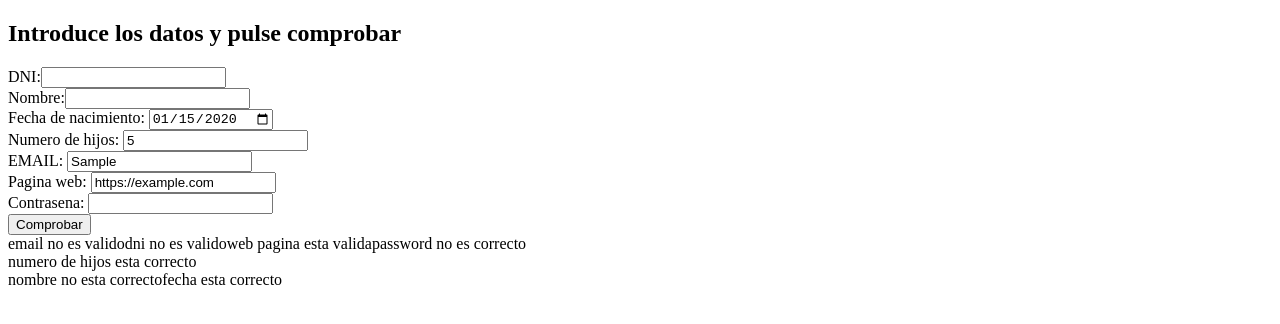
Repository: KoTvTrysaX01/2DAW-Desarrollo-WEB-en-Entorno-Cliente
Page: JAVASCRIPT/UD2/practica5/Actividad1/index.html
An editor plug-in stored every save of this project. The page is shown before and after a run of saves, followed by the edit.
The browser window is 1280 px wide. The pictures show the whole page.
Empty fields were first filled with sample values (such as "Sample", 5 or name@example.com).
After loading, the first visible `#registartionForm` was submitted once.

Above is the page before, as saved 2025-11-01 16:53:57.

### JAVASCRIPT/UD2/practica5/Actividad1/index.html
<!DOCTYPE html>
<html>
  <body>
    <h2>Introduce los datos y pulse comprobar</h2>
    <form id = "registartionForm" name="form1" method="post" action="" target=" _blank">
        DNI:<input id="dni" type="text" name="dni" ><br>
        Nombre:<input id="nombre" type="text" name="nombre" ><br>
        Fecha de nacimiento: <input id="fecha" type="date" name="fecha" ><br>
        Numero de hijos: <input type="number" name="hijos" id = "hijos" min = "0"><br>
        EMAIL: <input id = "email" type="text" name="email" ><br>
        Pagina web: <input type="url" name="web" id = "pagina" placeholder="http://www.ejemplo.com" required><br>
        Contrasena: <input type="text" name="contrasena" id = "password" ><br>
        <input type="submit" value = "Comprobar">
    </form>


    <div id="errorMessages"></div>
    <script src="script.js"></script>
  </body>
</html>

### JAVASCRIPT/UD2/practica5/Actividad1/script.js
let form = document.getElementById("registartionForm");
let emailInput = document.getElementById("email");
let error = document.getElementById("errorMessages");
let dni = document.getElementById("dni")
let passw = document.getElementById("password")
let web = document.getElementById("pagina")
let hijos = document.getElementById("hijos")
let nombreInput = document.getElementById("nombre")
let fecha = document.getElementById("fecha")
form.addEventListener("submit", (e) => {
  e.preventDefault();
  const emailForm = emailInput.value.trim();
  const password = passw.value.trim()
  function validEmail(emailForm) {
    return /^[a-z]*[@]{1}[a-z]*[\.]{1}[a-z]{2,3}$/g.test(emailForm);

  }
    function esValido(emailForm) {
      if (validEmail(emailForm)) {
        error.innerHTML = "email  e valido";
      } else {
        error.innerHTML = "email no es valido";
      }
    }
    esValido(emailForm);

    function validarDni(dni) {

      return /^[XYZ]?\d{5,8}[TRWAGMYFPDXBNJZSQVHLCKET]$/.test(dni)
    }
    function esValidoDni() {
      const valor = dni.value.trim();
      if (validarDni(valor)) {
        error.innerHTML += "dni es valido"
      } else {
        error.innerHTML += "dni no es valido"
        dni.value = ""
      }
    }
    esValidoDni()

    function validWeb(url) {
          return /^https?:\/\/(?:www\.)?[a-zA-Z0-9\-]+\.[a-zA-Z]{2,}(?:\/.*)?$/.test(url);
        }
    function esValidoWeb() {
      const urlvalid = web.value.trim()
      if(validWeb(urlvalid)) {
        error.innerHTML +="web pagina esta valida"
      } else {
        error.innerHTML += "web pagina no esta valida"
        web.value = " "

      }
    }
    esValidoWeb()

     function validarContrasena(passwor) {
      var p = passwor.length
      if(p <8 && p >10) {
        error.innerHTML += "password es correcto<br>"
      } else {
         error.innerHTML += "password  no es correcto<br>"
         passw.value = ""
      }
     }
     validarContrasena(password)

     function validHijos(hijos) {

      if(hijos.value.length >=0 || hijos.value.length <= 10) {
         error.innerHTML += "numero de hijos esta correcto<br>"
      } else {
         error.innerHTML += "numero de hijos no esta correcto"
         hijos.value = ""
      }
     }
     validHijos(hijos)
    const nom = nombreInput.value.trim()
     function validNombre(nombres) {
      return /^[a-zA-ZáéíóúÁÉÍÓÚñÑ]{2,40}( [a-zA-ZáéíóúÁÉÍÓÚñÑ]{2,40}){1,3}$/.test(nombres)
     }
     function isvalidNombre(nombres){
      if(validNombre(nombres)) {
         error.innerHTML += "nombre esta correcto"
      } else {
         error.innerHTML += "nombre no esta correcto"
         nombreInput.value = ""
      }
      }
     isvalidNombre(nom)

     const fechaValor = fecha.value.trim();

     function validFecha(fecha) {
          return /^(19|20)\d{2}-(0[1-9]|1[0-2])-(0[1-9]|[12]\d|3[01])$/.test(fecha)
     }
     function esValidFecha(fecha) {
      if (validFecha(fecha)) {
         error.innerHTML += "fecha esta correcto"
      } else {
         error.innerHTML += "fecha no esta correcto"
         fecha.value= ""
      }
     }
     console.log(fechaValor)

     esValidFecha(fechaValor)


});

After the next 2 saves:
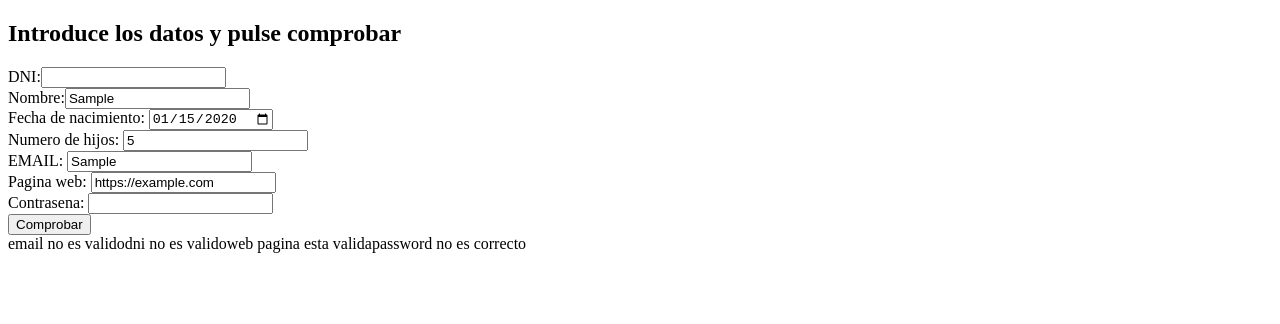
Console error: ReferenceError: Is is not defined
The 2 saves are shown as one change because they came seconds apart.
The last was saved 9 s later.
--- a/JAVASCRIPT/UD2/practica5/Actividad1/script.js
+++ b/JAVASCRIPT/UD2/practica5/Actividad1/script.js
@@ -66,7 +66,7 @@
      validarContrasena(password)
 
      function validHijos(hijos) {
-
+      const valorHijos = Is
       if(hijos.value.length >=0 || hijos.value.length <= 10) {
          error.innerHTML += "numero de hijos esta correcto<br>"
       } else {

After the save that followed:
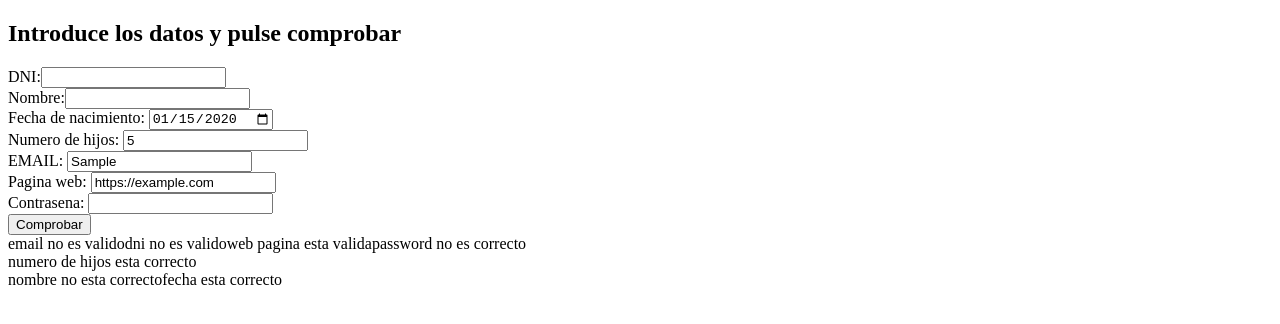
The error is gone.
Saved 10 s later.
--- a/JAVASCRIPT/UD2/practica5/Actividad1/script.js
+++ b/JAVASCRIPT/UD2/practica5/Actividad1/script.js
@@ -66,7 +66,7 @@
      validarContrasena(password)
 
      function validHijos(hijos) {
-      const valorHijos = Is
+      const valorHijos = Number()
       if(hijos.value.length >=0 || hijos.value.length <= 10) {
          error.innerHTML += "numero de hijos esta correcto<br>"
       } else {
